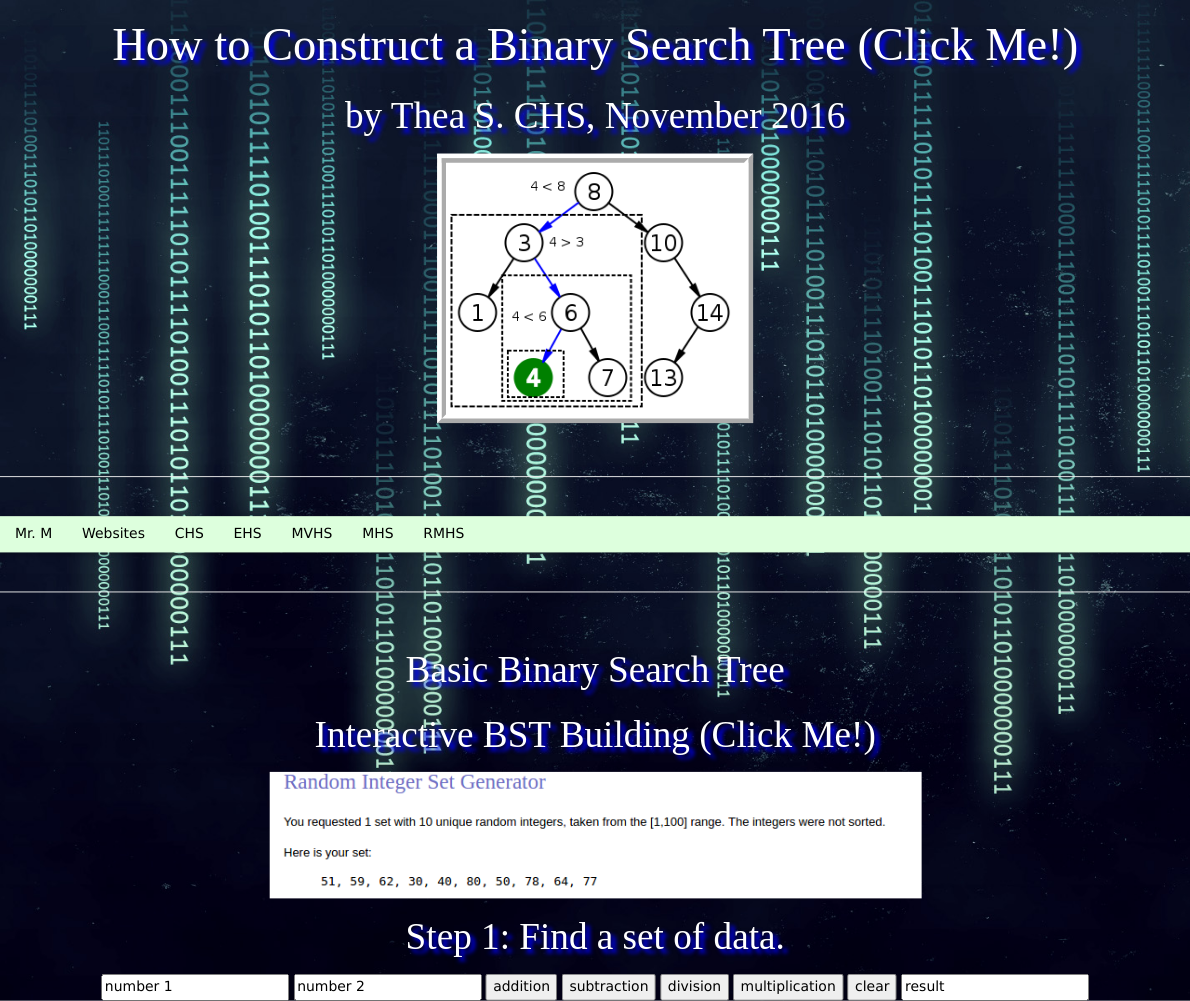
Repository: m-rabbit/b1_sukianto_code
Page: websites/BinarySearchTree/index.html
The author's editor kept a copy of each file at every save. The page is drawn from the files as they stood at one save, then again after the next save.
The browser window is 1280 px wide. The pictures show the whole page, at 93% of full size.
Some web fonts or font styles are not loaded; a fallback is used.

Above is the page before, as saved 2017-01-23 16:01:38.

After the next save:
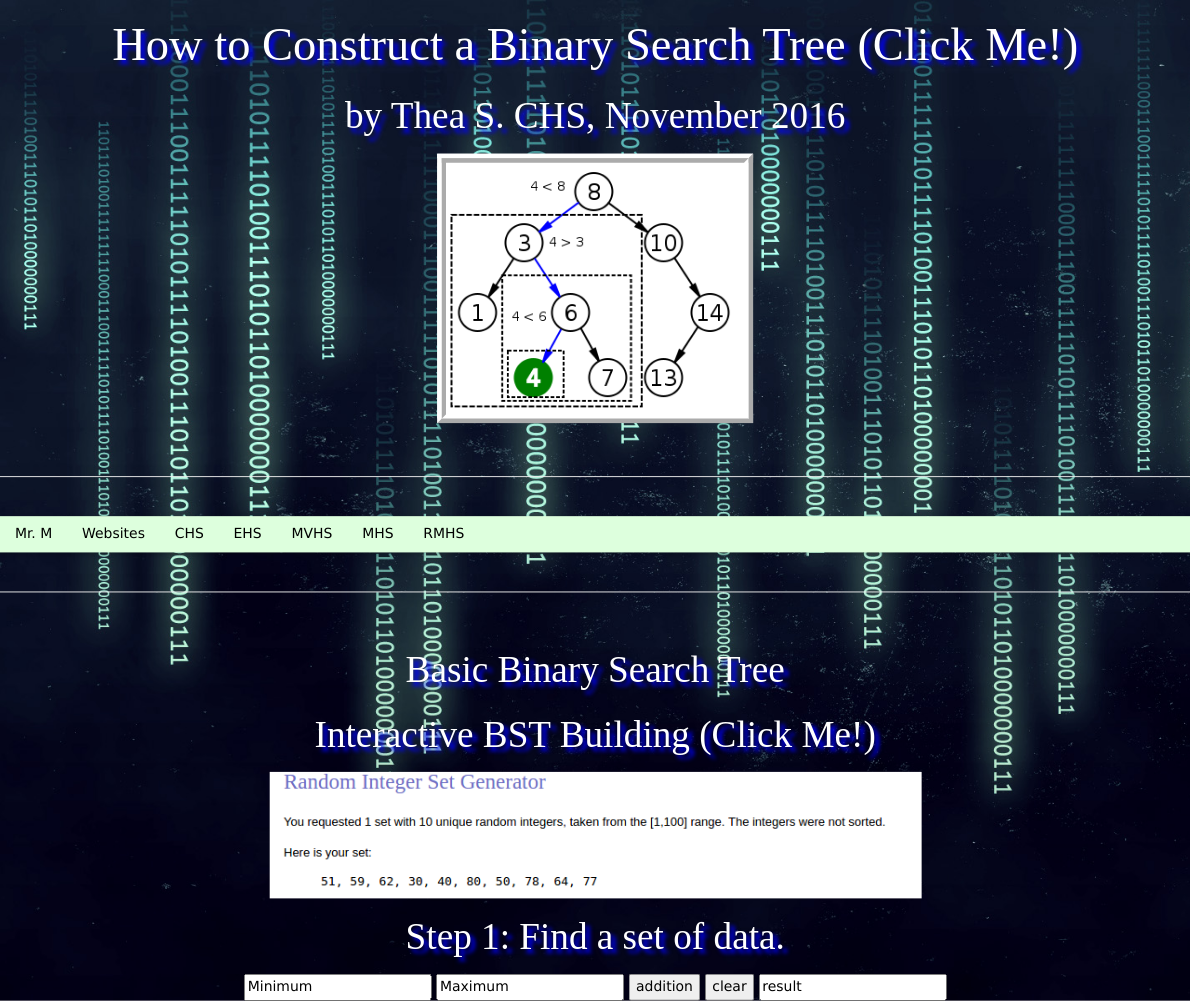
Saved 2 min 19 s later.
--- a/websites/BinarySearchTree/index.html
+++ b/websites/BinarySearchTree/index.html
@@ -110,12 +110,9 @@
 		<h2 id="picturetext">Step 1: Find a set of data.</h2>
 
 		<form>
-			<input type="text" id="txtn1" name="n1" value="number 1">
-			<input type="text" id="txtn2" name="n2" value="number 2">
-			<input id="btnadd" type="button" value="addition">
-			<input id="btnsub" type="button" value="subtraction">
-			<input id="btndivision" type="button" value="division">
-			<input id="btnmultiply" type="button" value="multiplication">
+			<input type="text" id="txtn1" name="n1" value="Minimum">
+			<input type="text" id="txtn2" name="n2" value="Maximum">
+			<input id="btnrandom" type="button" value="addition">
 			<input id="btnclear" type="button" value="clear">
 			<input id="result" type="text" value="result">
 		</form>
